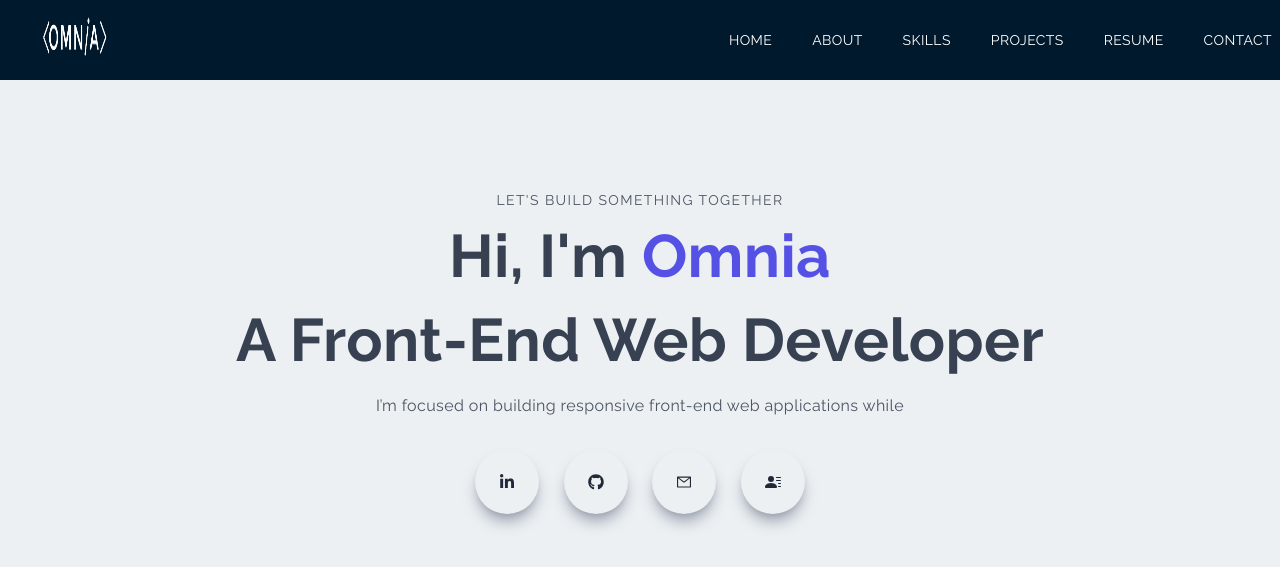
Repository: OmniaRafat232111121/portfolionextjs
Page: /
The author's editor kept a copy of each file at every save. The page is drawn from the files as they stood at one save, then again after the next save.
The browser window is 1280 px wide. The pictures show the whole page.
The project was rebuilt for these pictures with package versions that can differ from the ones it lists, and the page was loaded fresh each time. The framework's server and built-in components were replaced by stand-ins that run in the browser. Also part of the build but not shown: next.config.js.

Above is the page before, as saved 2022-09-27 17:13:46.

### pages/_app.js
import Navbar from '../components/Navbar';
import "../styles/global.css"

function MyApp({ Component, pageProps }) {
  return (
    <div>
      <Navbar />
      <Component {...pageProps} />
    </div>
  );
}

export default MyApp;

### pages/index.js
import Head from 'next/head'
import Main from '../components/Main'
export default function Home() {
  return (
    <div>
      <Head>
        <title>Clint | Front-End Developer</title>
        <meta name="description" content="I’m a front-end web developer specializing in building (and occasionally designing) exceptional digital experiences." />
        <link rel="icon" href="/fav.png" />
      </Head>

    <Main />

    </div>
  )
}

### components/Navbar.jsx
import Image from 'next/image';
import Link from 'next/link';
import React, { useState, useEffect } from 'react';
import { AiOutlineClose, AiOutlineMail, AiOutlineMenu } from 'react-icons/ai';
import { FaGithub, FaLinkedinIn } from 'react-icons/fa';
import { BsFillPersonLinesFill } from 'react-icons/bs';
// import { useRouter } from 'next/router';
import NavLogo from '../public/assets/navLogo.png'

const Navbar = () => {
  const [nav, setNav] = useState(false);
  const [shadow, setShadow] = useState(false);
  const [navBg, setNavBg] = useState(' #01192c ');
  const [linkColor, setLinkColor] = useState('#fff');
  const handleNav = () => {
    setNav(!nav);
  };

  useEffect(() => {
    const handleShadow = () => {
      if (window.scrollY >= 90) {
        setShadow(true);
      } else {
        setShadow(false);
      }
    };
    window.addEventListener('scroll', handleShadow);
  }, []);

  return (
    <div
      style={{ backgroundColor: `${navBg}` }}
      className={
        shadow
          ? 'fixed w-full h-20 shadow-xl z-[100] ease-in-out duration-300'
          : 'fixed w-full h-20 z-[100]'
      }
    >
      <div className='flex justify-between items-center w-full h-full px-2 2xl:px-16'>
        <Link href='/'>
          <a>
            <Image
              src={NavLogo}
              alt='/'
              width='125'
              height='50'
              className='cursor-pointer'
            />
          </a>
        </Link>
        <div>
          <ul style={{ color: `${linkColor}` }} className='hidden md:flex'>
            <li className='ml-10 text-sm uppercase hover:border-b'>
              <Link href='/'>Home</Link>
            </li>
            <li className='ml-10 text-sm uppercase hover:border-b'>
              <Link href='/#about'>About</Link>
            </li>
            <li className='ml-10 text-sm uppercase hover:border-b'>
              <Link href='/#skills'>Skills</Link>
            </li>
            <li className='ml-10 text-sm uppercase hover:border-b'>
              <Link href='/#projects'>Projects</Link>
            </li>
            <li className='ml-10 text-sm uppercase hover:border-b'>
              <Link href='/resume'>Resume</Link>
            </li>
            <li className='ml-10 text-sm uppercase hover:border-b'>
              <Link href='/#contact'>Contact</Link>
            </li>
          </ul>
          {/* Hamburger Icon */}
          <div
            style={{ color: `${linkColor}` }}
            onClick={handleNav}
            className='md:hidden'
          >
            <AiOutlineMenu size={25} />
          </div>
        </div>
      </div>

      {/* Mobile Menu */}
      {/* Overlay */}
      <div
        className={
          nav ? 'md:hidden fixed left-0 top-0 w-full h-screen bg-black/70' : ''
        }
      >
        {/* Side Drawer Menu */}
        <div
          className={
            nav
              ? ' fixed left-0 top-0 w-[75%] sm:w-[60%] md:w-[45%] h-screen bg-[#01192c] text-white p-10 ease-in duration-500'
              : 'fixed left-[-100%] top-0 p-10 ease-in duration-500'
          }
        >
          <div>
            <div className='flex w-full items-center justify-between'>
              <Link href='/'>
                <a>
                  <Image
                    src={NavLogo}
                    width='87'
                    height='35'
                    alt='/'
                  />
                </a>
              </Link>
              <div
                onClick={handleNav}
                className='rounded-full shadow-lg shadow-gray-400 p-3 cursor-pointer'
              >
                <AiOutlineClose />
              </div>
            </div>
            <div className='border-b border-gray-300 my-4'>
              <p className='w-[85%] md:w-[90%] py-4'>
                Let&#39;s build something legendary together
              </p>
            </div>
          </div>
          <div className='py-4 flex flex-col'>
            <ul className='uppercase'>
              <Link href='/'>
                <li onClick={() => setNav(false)} className='py-4 text-sm'>
                  Home
                </li>
              </Link>
              <Link href='/#about'>
                <li onClick={() => setNav(false)} className='py-4 text-sm'>
                  About
                </li>
              </Link>
              <Link href='/#skills'>
                <li onClick={() => setNav(false)} className='py-4 text-sm'>
                  Skills
                </li>
              </Link>
              <Link href='/#projects'>
                <li onClick={() => setNav(false)} className='py-4 text-sm'>
                  Projects
                </li>
              </Link>
              <Link href='/resume'>
                <li onClick={() => setNav(false)} className='py-4 text-sm'>
                  Resume
                </li>
              </Link>
              <Link href='/#contact'>
                <li onClick={() => setNav(false)} className='py-4 text-sm'>
                  Contact
                </li>
              </Link>
            </ul>
            <div className='pt-40'>
              <p className='uppercase tracking-widest text-[#5651e5]'>
                Let&#39;s Connect
              </p>
              <div className='flex items-center justify-between my-4 w-full sm:w-[80%]'>
                <a
                  href='https://www.linkedin.com/in/clint-briley-50056920a/'
                  target='_blank'
                  rel='noreferrer'
                >
                  <div className='rounded-full shadow-lg shadow-gray-400 p-3 cursor-pointer hover:scale-105 ease-in duration-300'>
                    <FaLinkedinIn />
                  </div>
                </a>
                <a
                  href='https://github.com/fireclint'
                  target='_blank'
                  rel='noreferrer'
                >
                  <div className='rounded-full shadow-lg shadow-gray-400 p-3 cursor-pointer hover:scale-105 ease-in duration-300'>
                    <FaGithub />
                  </div>
                </a>
                <Link href='/#contact'>
                  <div
                    onClick={() => setNav(!nav)}
                    className='rounded-full shadow-lg shadow-gray-400 p-3 cursor-pointer hover:scale-105 ease-in duration-300'
                  >
                    <AiOutlineMail />
                  </div>
                </Link>
                <Link href='/resume'>
                  <div
                    onClick={() => setNav(!nav)}
                    className='rounded-full shadow-lg shadow-gray-400 p-3 cursor-pointer hover:scale-105 ease-in duration-300'
                  >
                    <BsFillPersonLinesFill />
                  </div>
                </Link>
              </div>
            </div>
          </div>
        </div>
      </div>
    </div>
  );
};

export default Navbar;

### components/Main.jsx
import Link from 'next/link';
import React from 'react';
import { AiOutlineMail } from 'react-icons/ai';
import { BsFillPersonLinesFill } from 'react-icons/bs';
import { FaGithub, FaLinkedinIn } from 'react-icons/fa';

const Main = () => {
  return (
    <div id='home' className='w-full h-screen text-center'>
      <div className='max-w-[1240px] w-full h-full mx-auto p-2 flex justify-center items-center'>
        <div>
          <p className='uppercase text-sm tracking-widest text-gray-600'>
            LET&#39;S BUILD SOMETHING TOGETHER
          </p>
          <h1 className='py-4 text-gray-700'>
            Hi, I&#39;m <span className='text-[#5651e5]'> Omnia</span>
          </h1>
          <h1 className='py-2 text-gray-700'>A Front-End Web Developer</h1>
          <p className='py-4 text-gray-600 sm:max-w-[70%] m-auto'>
            I’m focused on building responsive front-end web applications while

          </p>
          <div className='flex items-center justify-between max-w-[330px] m-auto py-4'>
            <a
              href='https://www.linkedin.com/in/clint-briley-50056920a/'
              target='_blank'
              rel='noreferrer'
            >
              <div className='rounded-full shadow-lg shadow-gray-400 p-6 cursor-pointer hover:scale-110 ease-in duration-300'>
                <FaLinkedinIn />
              </div>
            </a>
            <a
              href='https://github.com/fireclint'
              target='_blank'
              rel='noreferrer'
            >
              <div className='rounded-full shadow-lg shadow-gray-400 p-6 cursor-pointer hover:scale-110 ease-in duration-300'>
                <FaGithub />
              </div>
            </a>
            <Link href='/#contact'>
              <div className='rounded-full shadow-lg shadow-gray-400 p-6 cursor-pointer hover:scale-110 ease-in duration-300'>
                <AiOutlineMail />
              </div>
            </Link>
            <Link href='/resume'>
              <div className='rounded-full shadow-lg shadow-gray-400 p-6 cursor-pointer hover:scale-110 ease-in duration-300'>
                <BsFillPersonLinesFill />
              </div>
            </Link>
          </div>
        </div>
      </div>
    </div>
  );
};

export default Main;

Loaded but not shown: pages/_document.js (common file); styles/global.css (common file); tailwind.config.js (common file)

After the next save:
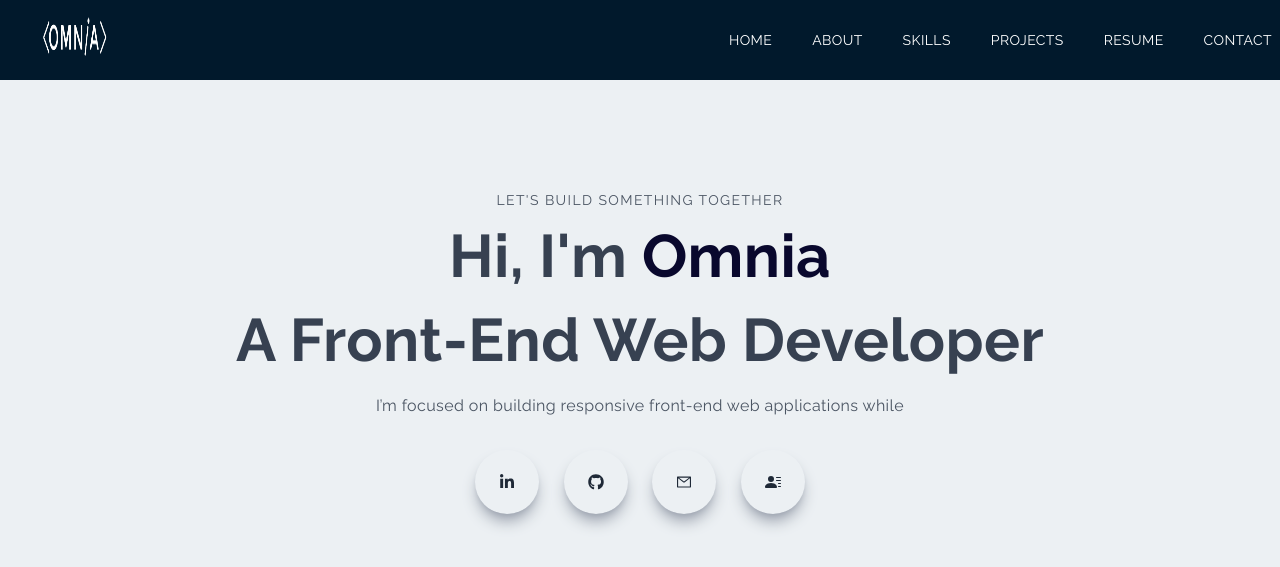
Saved 12 s later.
--- a/components/Main.jsx
+++ b/components/Main.jsx
@@ -13,7 +13,7 @@ const Main = () => {
             LET&#39;S BUILD SOMETHING TOGETHER
           </p>
           <h1 className='py-4 text-gray-700'>
-            Hi, I&#39;m <span className='text-[#5651e5]'> Omnia</span>
+            Hi, I&#39;m <span className='text-[#09082d]'> Omnia</span>
           </h1>
           <h1 className='py-2 text-gray-700'>A Front-End Web Developer</h1>
           <p className='py-4 text-gray-600 sm:max-w-[70%] m-auto'>
